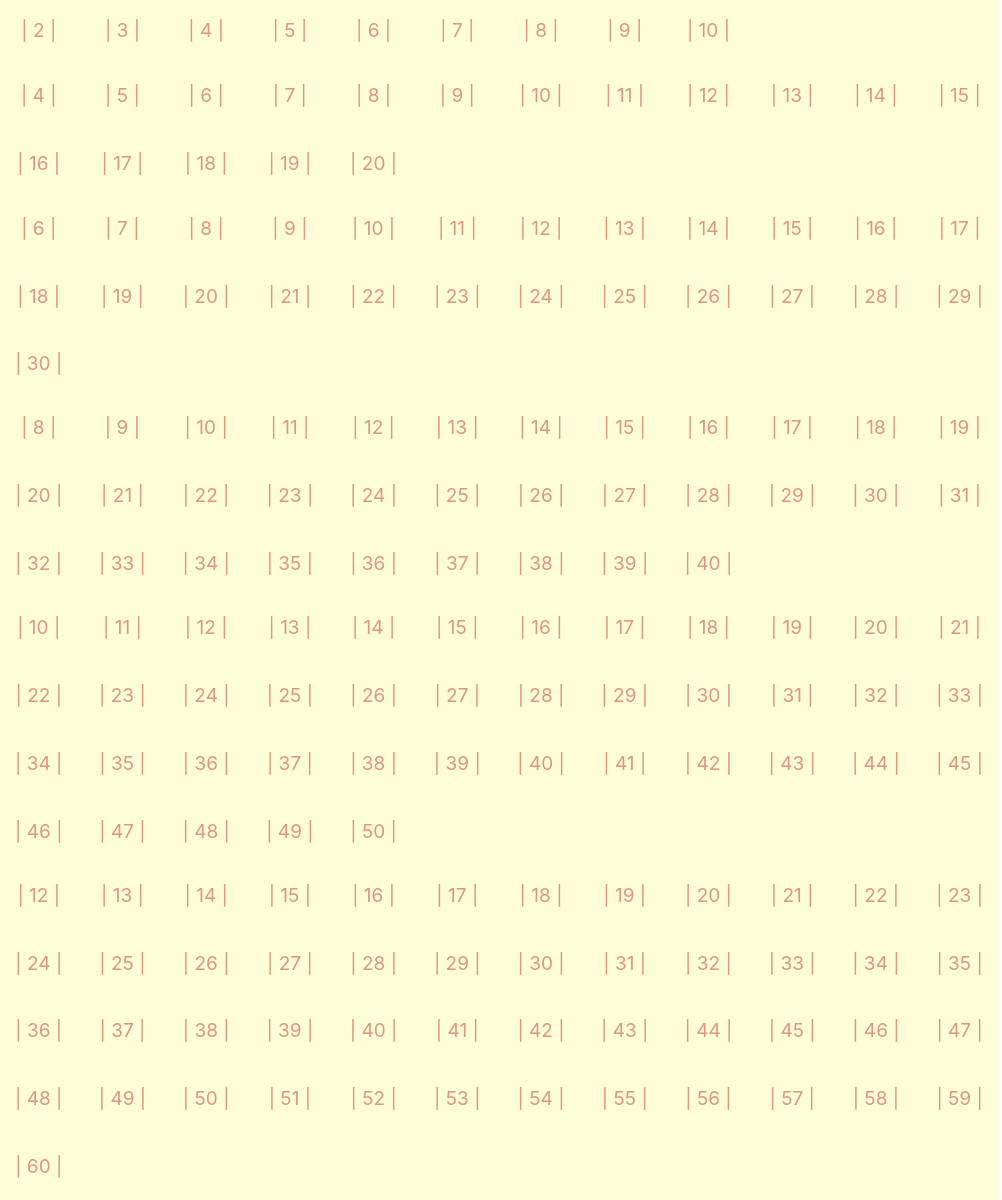
Repository: ghbamorim/megasenaapi
Page: / (app in mega-sena-client/)
These files come from the project's save history. The page is drawn as it stood at one moment and after the next save; the edit follows.
The browser window is 1280 px wide. The page is 1284 px wide, so the pictures cover 1284 px, including what lies to the right of the window. The pictures show the whole page, at 78% of full size.
The project was rebuilt for these pictures with package versions that can differ from the ones it lists, and the page was loaded fresh each time. Also part of the build but not shown: mega-sena-client/src/App.css.

Above is the page before, as saved 2021-09-12 09:50:22.

### mega-sena-client/src/App.tsx
import Grid from "@material-ui/core/Grid";
import { makeStyles } from "@material-ui/core/styles";
import React from "react";
import "./App.css";
import Row from "./row";

const useStyles = makeStyles((theme) => ({
  App: {
    textAlign: "center",
  },

  AppHeader: {
    backgroundColor: "#FDFDD7",
    minHeight: "100vh",
    alignItems: "center",
    justifyContent: "center",
    fontSize: "calc(10px + 2vmin)",
    color: "#DF977E",
  },
}));

function App() {
  const classes = useStyles();
  const rows: number[] = [];
  for (let i = 1; i <= 6; i++) {
    rows.push(i);
  }

  return (
    <div className={classes.App}>
      <header className={classes.AppHeader}>
        <div>
          {rows.map((i) => {
            return (
              <Grid container spacing={1}>
                <Row startNumber={i * 2} endNumber={i * 10} />
              </Grid>
            );
          })}
        </div>
      </header>
    </div>
  );
}

export default App;

### mega-sena-client/src/row.tsx
import Grid from "@material-ui/core/Grid";
import React from "react";
import "./App.css";

interface IRowProps {
  startNumber: number;
  endNumber: number;
}

const Row: React.FC<IRowProps> = ({ startNumber, endNumber }: IRowProps) => {
  const cols: number[] = [];
  for (let i = startNumber; i <= endNumber; i++) {
    cols.push(i);
  }

  return (
    <React.Fragment>
      {cols.map((i) => {
        return (
          <Grid item xs={1}>
            <div className="App">
              <p>| {i} |</p>
            </div>
          </Grid>
        );
      })}
    </React.Fragment>
  );
};

export default Row;

Loaded but not shown: mega-sena-client/public/index.html (common file); mega-sena-client/src/index.tsx (common file); mega-sena-client/src/index.css (common file); mega-sena-client/src/reportWebVitals.ts (common file)

After the next save:
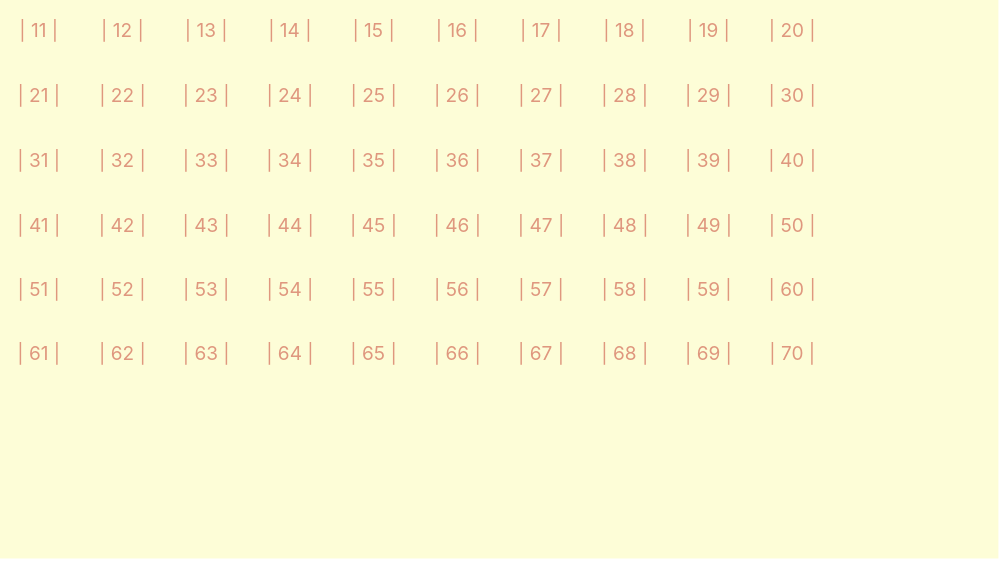
Saved 23 h 24 min later.
--- a/mega-sena-client/src/row.tsx
+++ b/mega-sena-client/src/row.tsx
@@ -9,8 +9,8 @@ interface IRowProps {
 
 const Row: React.FC<IRowProps> = ({ startNumber, endNumber }: IRowProps) => {
   const cols: number[] = [];
-  for (let i = startNumber; i <= endNumber; i++) {
-    cols.push(i);
+  for (let i = 1; i <= 10; i++) {
+    cols.push(i + endNumber);
   }
 
   return (
